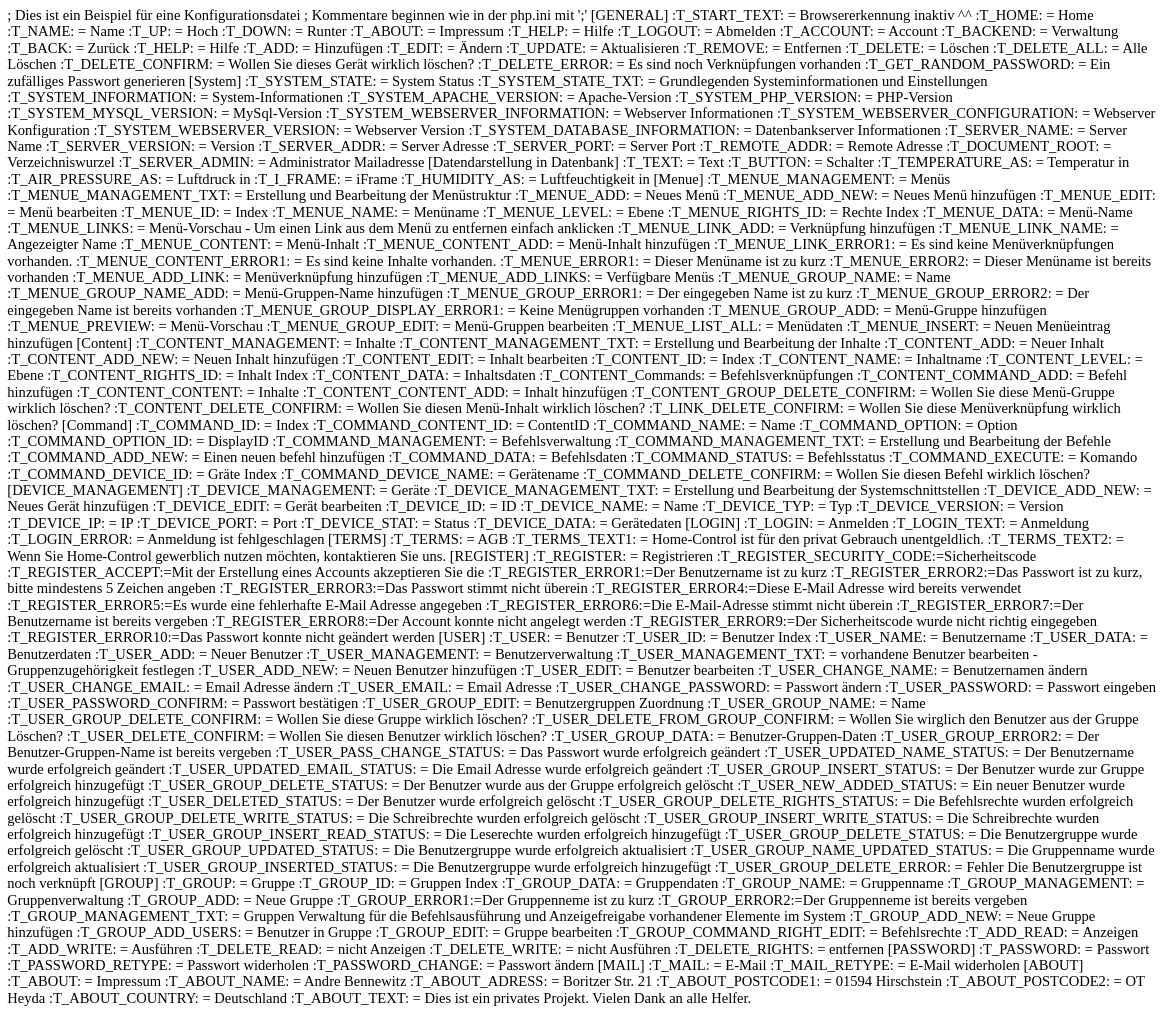
Repository: 0xF3ERROR/Home-Control
Page: http://localhost/language/lang_Ger.php
These files come from the project's save history. The page is drawn as it stood at one moment and after the next save; the edit follows.
The browser window is 1280 px wide. The pictures show the whole page, at 91% of full size.
The page is run by PHP 8.4 with error messages shown; the project is at /var/www/html/.

Above is the page before, as saved 2012-09-17 20:14:20.

After the next save:
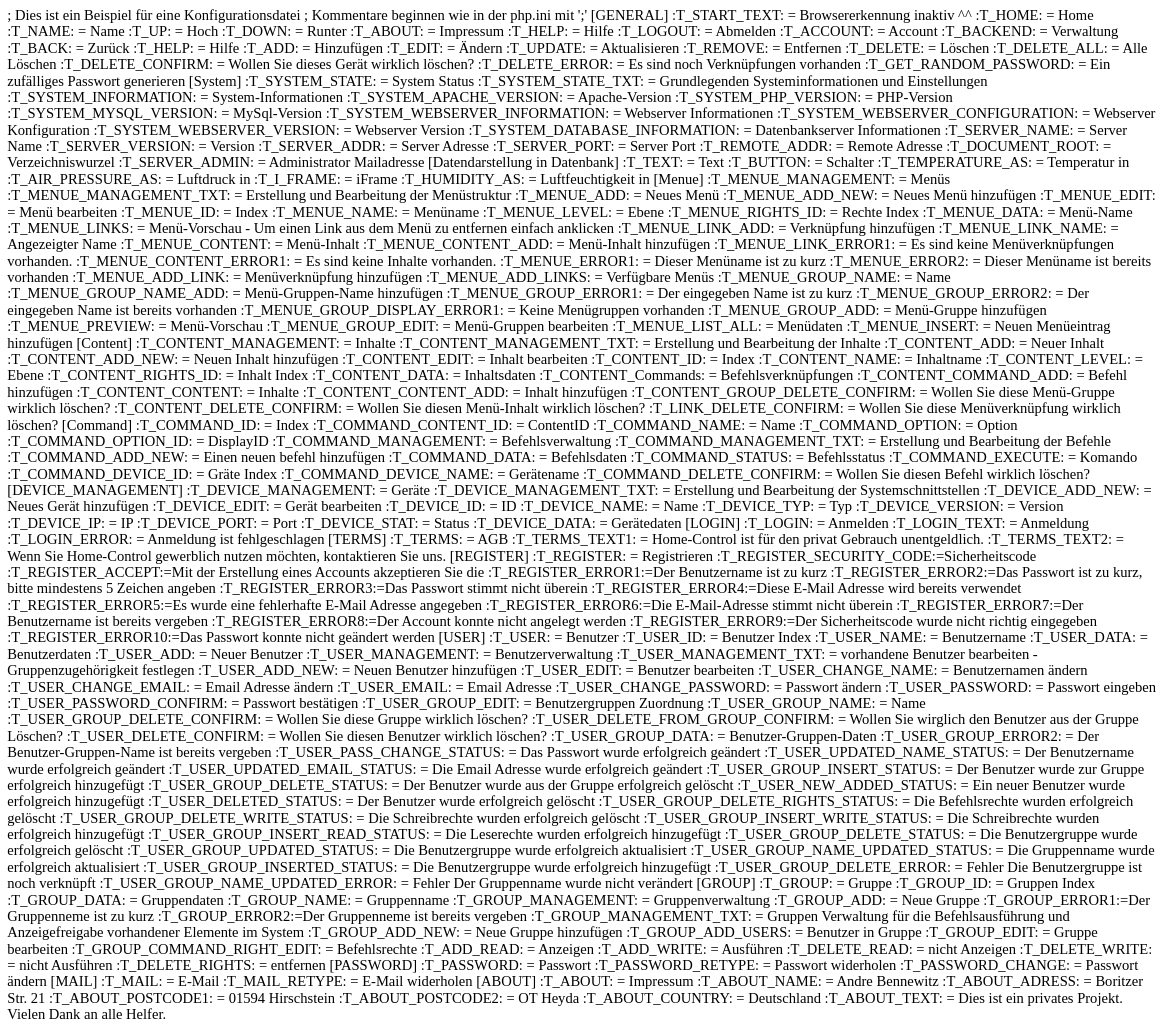
Saved 54 s later.
--- a/Source/language/lang_Ger.php
+++ b/Source/language/lang_Ger.php
@@ -215,7 +215,7 @@
 :T_USER_GROUP_NAME_UPDATED_STATUS: = Die Gruppenname wurde erfolgreich aktualisiert
 :T_USER_GROUP_INSERTED_STATUS: = Die Benutzergruppe wurde erfolgreich hinzugefügt
 :T_USER_GROUP_DELETE_ERROR: = Fehler Die Benutzergruppe ist noch verknüpft
-
+:T_USER_GROUP_NAME_UPDATED_ERROR: = Fehler Der Gruppenname wurde nicht verändert
 
 
 
